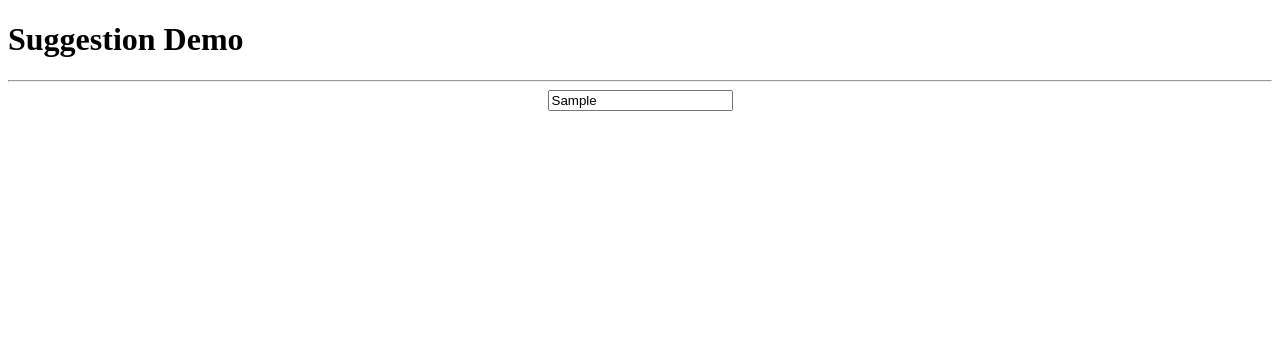
Repository: abhishekj720/HSBCLearn
Page: gagan/JEE/JSDemo/WebContent/suggestion.html
An editor plug-in stored every save of this project. The page is shown before and after the next save, followed by the edit.
The browser window is 1280 px wide. The pictures show the whole page.
Empty fields were first filled with sample values (such as "Sample", 5 or name@example.com).
After loading, the first visible `#txt1` was changed once.

Above is the page before, as saved 2019-07-30 09:57:21.

### gagan/JEE/JSDemo/WebContent/suggestion.html
<!DOCTYPE html>
<html>
<head>
<meta charset="ISO-8859-1">
<title>Insert title here</title>
<style>
#div1 {
	width: 200px;
	height: 200px;
	border: 1px solid red;
}
#div1 div{
  text-align: left;
  padding: 5px;

}

#div1 div:hover{
 background-color: cyan;

}
.cls1{
   color:gray;

}
</style>
<script>
	var arr = [ "chennai", "calicut", "chandigarh", "badarpur", "bangalore",
			"bhopal", "ambala", "allahabad", "amethi", "ahmedabad", "ajmer" , "badlapur"];


    function display(val){

    	var len = val.length;
    	var html="";
    	if(len>0){
    		for(idx = 0; idx<arr.length; ++idx){
        		if(arr[idx].substring(0,len)==val){
        		<!--	html += '<div id="' + idx + '">' + arr[idx] + '</div>'; -->
        		html += '<div id="' + idx + '" onclick="bind(this.innerHTML)">' + arr[idx] + '</div>';
        		}
        	}
    	}


    	document.getElementById("div1").innerHTML = html;
    }

    function bind(val){
    	document.getElementById("txt1").value = val;
    	document.getElementById("div1").style.display= "none";
    }


</script>
</head>
<body>
	<h1>Suggestion Demo</h1>
	<hr />
	<div align="center">
		<input type="text" id="txt1" onkeyup="display(this.value)" />
		<div id="div1" style = "display : none;"></div>
	</div>
</body>
</html>

After the next save:
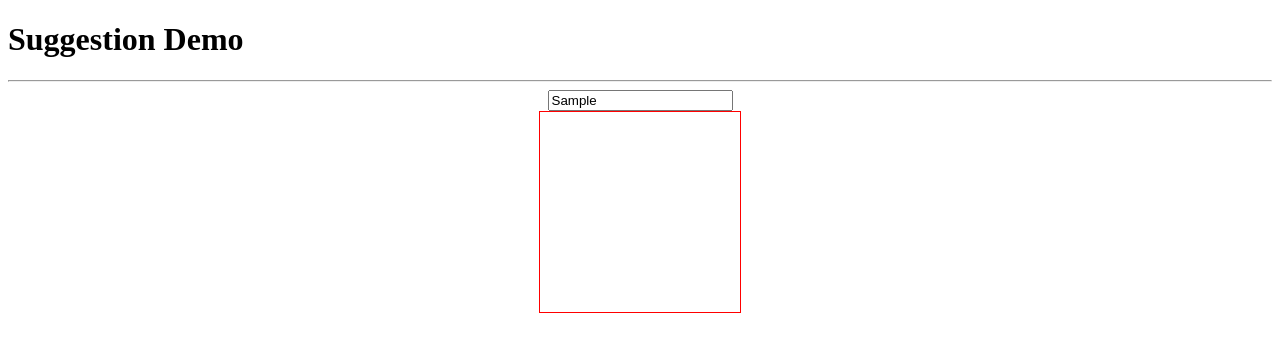
Saved 60 s later.
--- a/gagan/JEE/JSDemo/WebContent/suggestion.html
+++ b/gagan/JEE/JSDemo/WebContent/suggestion.html
@@ -34,6 +34,7 @@
     	var len = val.length;
     	var html="";
     	if(len>0){
+    		document.getElementById("div1").style.display= "block";
     		for(idx = 0; idx<arr.length; ++idx){
         		if(arr[idx].substring(0,len)==val){
         		<!--	html += '<div id="' + idx + '">' + arr[idx] + '</div>'; -->
